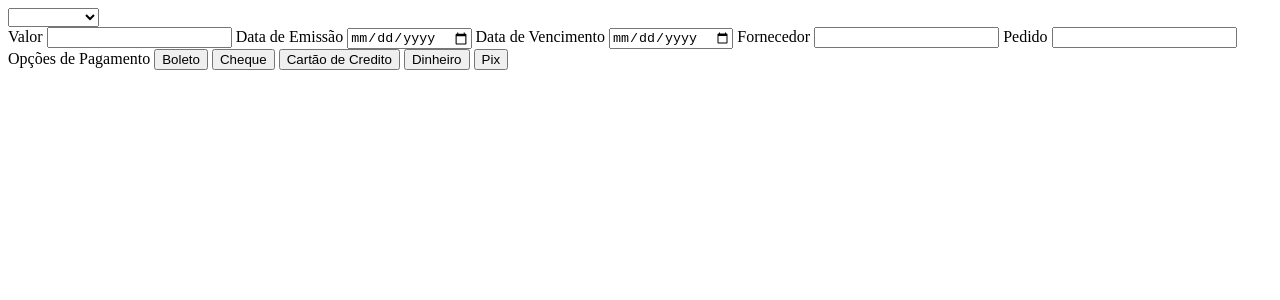
Repository: RobertoAntunes35/payment-control
Page: FRONTEND/index.html
These files come from the project's save history. The page is drawn as it stood at one moment and after the next save; the edit follows.
The browser window is 1280 px wide. The pictures show the whole page.

Above is the page before, as saved 2023-03-17 14:12:31.

### FRONTEND/index.html
<!DOCTYPE html>
<html lang="en">
<head>
    <meta charset="UTF-8">
    <meta http-equiv="X-UA-Compatible" content="IE=edge">
    <meta name="viewport" content="width=device-width, initial-scale=1.0">
    <title>Contas a Pagar</title>
</head>
<body>
    <header></header>
    <main>
        <div class="container">
            <div class="left-side">

                <div class="values-payment">
                    <div class="fornecedor">
                        <select name="" id="">
                            <label for="">Fornecedores</label>
                            <option value="" selected></option>
                            <option value="">BELLPAR</option>
                            <option value="">ASTECA</option>
                            <option value="">SOCORRO</option>
                            <option value="">BELLPAR</option>
                        </select>
                    </div>

                    <label for="value">Valor</label>
                    <input type="text" id="value">

                    <label for="emissao">Data de Emissão</label>
                    <input type="date" id="emissao">

                    <label for="vencimento">Data de Vencimento</label>
                    <input type="date" id="vencimento">

                    <label for="fornecedor">Fornecedor</label>
                    <input type="text" id="fornecedor">

                    <label for="pedido">Pedido</label>
                    <input type="text" id="pedido">
                </div>
                <div class="buttons">
                    <label for="">Opções de Pagamento</label>
                    <button>Boleto</button>
                    <button>Cheque</button>
                    <button>Cartão de Credito</button>
                    <button>Dinheiro</button>
                    <button>Pix</button>
                </div>
            </div>
            <div class="right-side">

            </div>
        </div>
    </main>
    <footer></footer>
</body>
</html>

After the next save:
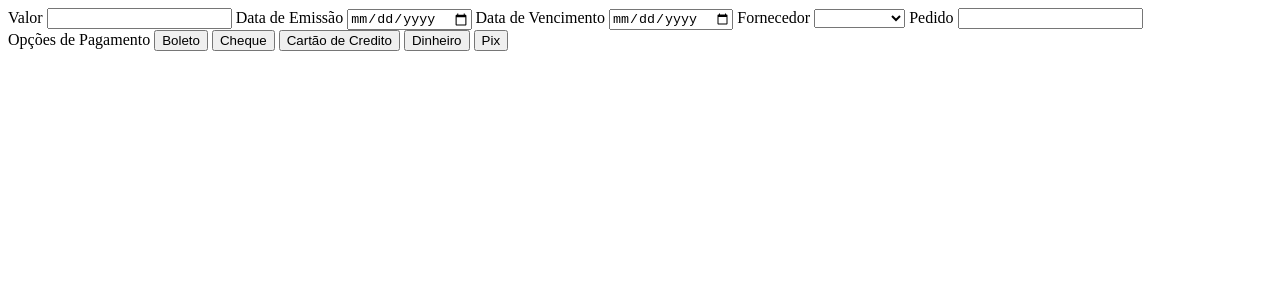
Saved 23 s later.
--- a/FRONTEND/index.html
+++ b/FRONTEND/index.html
@@ -14,14 +14,7 @@
 
                 <div class="values-payment">
                     <div class="fornecedor">
-                        <select name="" id="">
-                            <label for="">Fornecedores</label>
-                            <option value="" selected></option>
-                            <option value="">BELLPAR</option>
-                            <option value="">ASTECA</option>
-                            <option value="">SOCORRO</option>
-                            <option value="">BELLPAR</option>
-                        </select>
+
                     </div>
 
                     <label for="value">Valor</label>
@@ -34,7 +27,13 @@
                     <input type="date" id="vencimento">
 
                     <label for="fornecedor">Fornecedor</label>
-                    <input type="text" id="fornecedor">
+                    <select name="" id="">
+                        <option value="" selected></option>
+                        <option value="">BELLPAR</option>
+                        <option value="">ASTECA</option>
+                        <option value="">SOCORRO</option>
+                        <option value="">BELLPAR</option>
+                    </select>
 
                     <label for="pedido">Pedido</label>
                     <input type="text" id="pedido">
